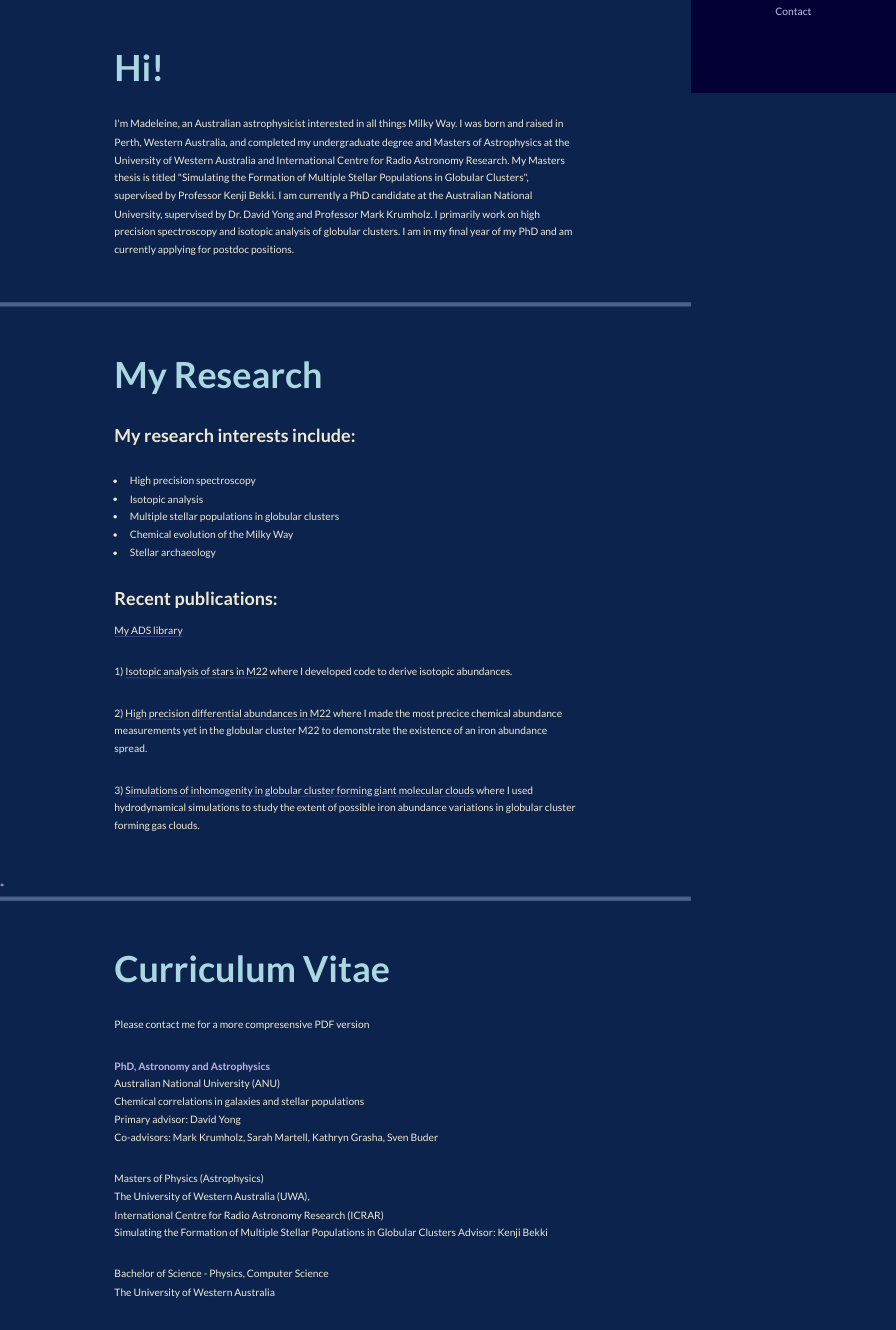
Repository: madeleine-mckenzie/madeleine-mckenzie.github.io
Page: index.html
The author's editor kept a copy of each file at every save. The page is drawn from the files as they stood at one save, then again after the next save.
The browser window is 1280 px wide. The pictures show the part of the page from y = 587 to 2487 px (the page is 3337 px tall), at 70% of full size.
Backgrounds fixed to the window are drawn as part of the page.

Above is the page before, as saved 2023-11-12 16:23:43.

### index.html
<!DOCTYPE HTML>
<!--
    Read Only by HTML5 UP
    html5up.net | @ajlkn
    Free for personal and commercial use under the CCA 3.0 license (html5up.net/license)
-->
<html>
    <head>
        <title>M. McKenzie</title>
        <meta charset="utf-8" />
        <meta name="viewport" content="width=device-width, initial-scale=1, user-scalable=no" />
        <link rel="stylesheet" href="assets/css/main.css" />
        <style>
            /* Custom style */
            body {
                background: url('images/2023_ANU_3MT_20230727_ANU2022 3.jpg') no-repeat center center fixed;
                background-size: cover;
            }
        </style>
    </head>
    <body class="is-preload">

        <!-- Header -->
        <section id="header">
            <header>
                <!-- Avatar image next to name -->
                <span class="image avatar"><img src="images/IG_DP.jpeg" alt="Madeleine L. McKenzie" /></span>
                <h1>Madeleine L. McKenzie</h1>
                <p>PhD candidate at the Australian National University </p>
                <p> <a href="mailto:madeleine.mckenzie@anu.edu.au">madeleine.mckenzie@anu.edu.au</a></p>
            </header>
            <nav id="nav">
                <ul>
                    <li><a href="#one" class="active">About</a></li>
                    <li><a href="#two">My Research</a></li>
                    <li><a href="#three">CV</a></li>
                    <li><a href="#four">Resources</a></li>
                    <li><a href="#five">Contact</a></li>
                </ul>
            </nav>
        </section>

        <!-- Wrapper -->
        <div id="wrapper">

            <!-- Main -->
            <div id="main">

                <!-- One -->
                <section id="one">
                    <div class="image main" data-position="center">
                        <!-- Top banner image -->
                        <img src="images/2023_ANU_3MT_20230727_ANU2022.jpg" alt="" />
                    </div>
                    <div class="container">
                        <header class="major">
                            <h2>Hi!</h2>
                        </header>
                        <p>I'm Madeleine, an Australian astrophysicist interested in all things Milky Way. I was born and raised in Perth, Western Australia,
                            and completed my undergraduate degree and Masters of Astrophysics at the University of Western Australia and International Centre
                            for Radio Astronomy Research. My Masters thesis is titled "Simulating the Formation of Multiple Stellar Populations in Globular Clusters", supervised
                            by Professor Kenji Bekki. I am currently a PhD candidate at the Australian National University, supervised by Dr. David Yong and
                            Professor Mark Krumholz. I primarily work on high precision spectroscopy and isotopic analysis of globular clusters.
                            I am in my final year of my PhD and am currently applying for postdoc positions.
                        </p>
                    </div>
                </section>

                <!-- Two -->
                <section id="two">
                    <div class="container">
                        <header class="major">
                            <h2>My Research</h2>
                        </header>
                        <h3>My research interests include:</h3>
                        <p><ul>
                                <li>High precision spectroscopy</li>
                                <li>Isotopic analysis</li>
                                <li>Multiple stellar populations in globular clusters</li>
                                <li>Chemical evolution of the Milky Way</li>
                                <li>Stellar archaeology</li>
                            </ul>
                        <h3>Recent publications:</h3>
                        <p><a href="https://ui.adsabs.harvard.edu/user/libraries/K8q3Fv2nS-eG0YgK9U_ysw">My ADS library</a></p>

                        <p>1) <a href="https://ui.adsabs.harvard.edu/abs/2023MNRAS.tmp.2870M/abstract">Isotopic analysis of stars in M22</a> where I developed code to
                        derive isotopic abundances.</p>
                        <p>2) <a href="https://ui.adsabs.harvard.edu/abs/2022MNRAS.516.3515M/abstract">High precision differential abundances in M22</a> where I
                        made the most precice chemical abundance measurements yet in the globular cluster M22 to demonstrate the existence of an iron abundance spread.</p>
                        <p>3) <a href="https://ui.adsabs.harvard.edu/abs/2022MNRAS.516.3515M/abstract">Simulations of inhomogenity in globular cluster forming giant
                            molecular clouds </a> where I used hydrodynamical simulations to study the extent of possible iron abundance variations in
                             globular cluster forming gas clouds.</p>
                        </p>

                    </div>*
                </section>

                <!-- three -->
                <section id="three">
                    <div class="container">
                        <header class="major">
                            <h2>Curriculum Vitae</h2>
                        </header>
                        <p>Please contact me for a more compresensive PDF version</p>
                        <p><b>PhD, Astronomy and Astrophysics </b> <br />
                            Australian National University (ANU)<br />
                            Chemical correlations in galaxies and stellar populations<br />
                            Primary advisor: David Yong<br />
                            Co-advisors: Mark Krumholz, Sarah Martell, Kathryn Grasha, Sven Buder
                        </p>
                        <p> Masters of Physics (Astrophysics)<br />
                            The University of Western Australia (UWA),<br />
                            International Centre for Radio Astronomy Research (ICRAR)<br />
                            Simulating the Formation of Multiple Stellar Populations in Globular Clusters Advisor: Kenji Bekki
                        </p>
                        <p> Bachelor of Science - Physics, Computer Science<br />
                            The University of Western Australia</p>
                        </p>

                    </div>
                </section>

                 <!-- four -->
                 <section id="four">
                    <div class="container">
                        <header class="major">
                            <h2>Resources & Outreach</h2>
                        </header>
                        <p>For a more compresensive PDF version, please contact me</p>
                        <!-- Icons grid here -->
                    </div>
                </section>

                <!-- Three -->
                <section id="five">
                    <div class="container">
                        <header class="major">
                            <h2>Get in touch</h2>
                        </header>
                        <p>University email: <a href="mailto:madeleine.mckenzie@anu.edu.au">madeleine.mckenzie@anu.edu.au</a></p>
                        <p>Gmail: <a href="mailto:madeleine.l.mckenzie@gmail.com">madeleine.l.mckenzie@gmail.com</a></p>
                        <p>Twitter: <a href="https://twitter.com/MadellanicCloud" target="_blank">@MadellanicCloud</a></p>
                    </div>
                </section>

            </div>

            <!-- Footer -->
            <section id="footer">
                <div class="container">
                    <ul class="icons">
                        <!-- Social media icons here -->
                        <li><a href="#" class="icon brands fa-twitter"><span class="label">Twitter</span></a></li>
                        <li><a href="#" class="icon brands fa-facebook-f"><span class="label">Facebook</span></a></li>
                        <li><a href="#" class="icon brands fa-instagram"><span class="label">Instagram</span></a></li>
                        <li><a href="#" class="icon brands fa-github"><span class="label">Github</span></a></li>
                        <li><a href="#" class="icon solid fa-envelope"><span class="label">Email</span></a></li>
                    </ul>
                    <ul class="copyright">
                        <li>&copy; M. McKenzie</li>
                        <li>Design: <a href="http://html5up.net">HTML5 UP</a></li>
                    </ul>
                </div>
            </section>

        </div>

        <!-- Scripts -->
        <script src="assets/js/jquery.min.js"></script>
        <script src="assets/js/jquery.scrollex.min.js"></script>
        <script src="assets/js/jquery.scrolly.min.js"></script>
        <script src="assets/js/browser.min.js"></script>
        <script src="assets/js/breakpoints.min.js"></script>
        <script src="assets/js/util.js"></script>
        <script src="assets/js/main.js"></script>

    </body>
</html>

Loaded but not shown: assets/css/fontawesome-all.min.css (library); assets/js/jquery.min.js (library); assets/js/jquery.scrollex.min.js (common file); assets/js/jquery.scrolly.min.js (common file); assets/js/browser.min.js (common file); assets/js/breakpoints.min.js (common file); assets/js/util.js (587 lines, source omitted); assets/js/main.js (159 lines, source omitted); assets/css/main.css (3340 lines, source omitted)

After the next save:
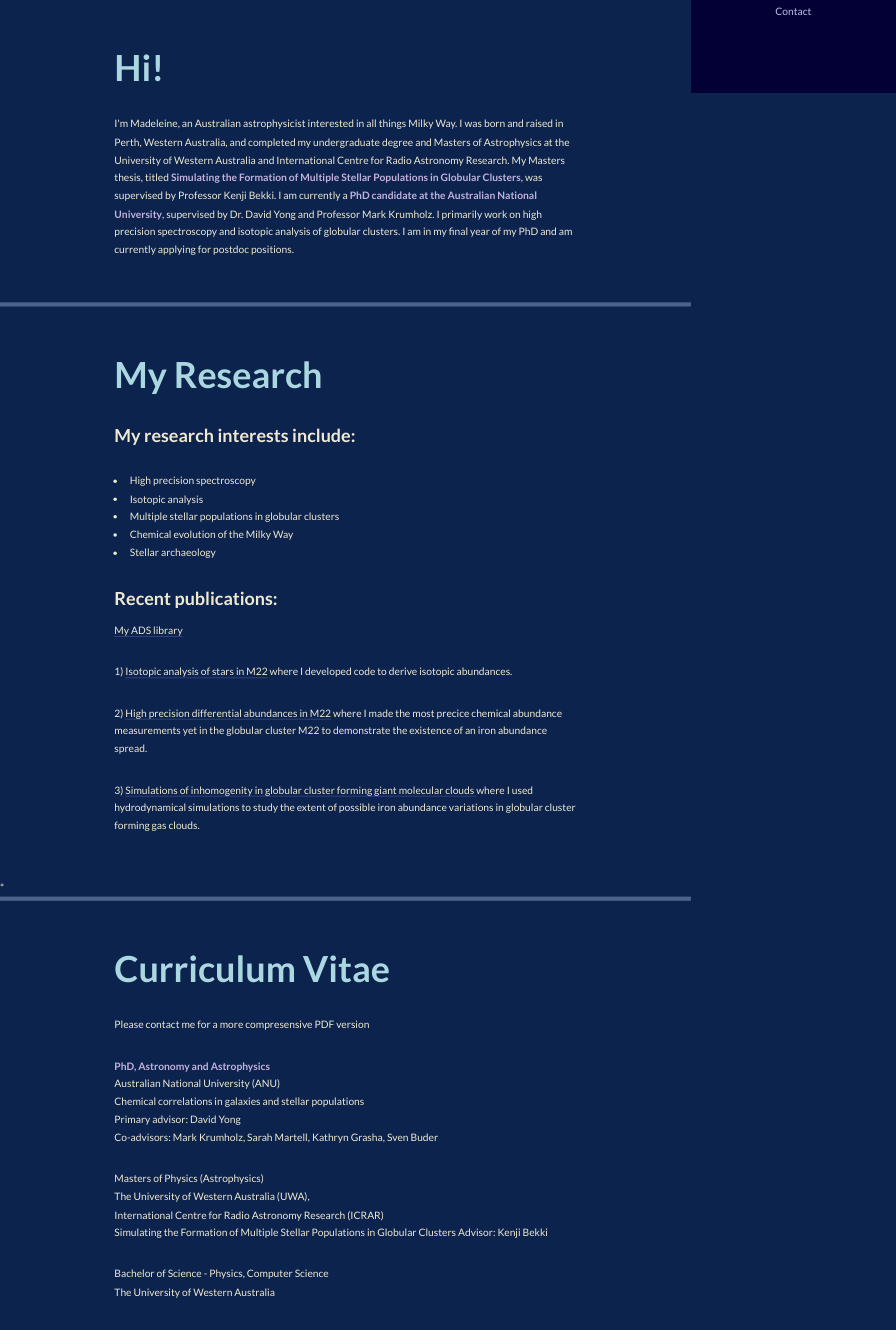
Saved 85 s later.
--- a/index.html
+++ b/index.html
@@ -58,8 +58,8 @@
                         </header>
                         <p>I'm Madeleine, an Australian astrophysicist interested in all things Milky Way. I was born and raised in Perth, Western Australia,
                             and completed my undergraduate degree and Masters of Astrophysics at the University of Western Australia and International Centre
-                            for Radio Astronomy Research. My Masters thesis is titled "Simulating the Formation of Multiple Stellar Populations in Globular Clusters", supervised
-                            by Professor Kenji Bekki. I am currently a PhD candidate at the Australian National University, supervised by Dr. David Yong and
+                            for Radio Astronomy Research. My Masters thesis, titled <b>Simulating the Formation of Multiple Stellar Populations in Globular Clusters</b>, was supervised
+                            by Professor Kenji Bekki. I am currently a <b>PhD candidate at the Australian National University</b>, supervised by Dr. David Yong and
                             Professor Mark Krumholz. I primarily work on high precision spectroscopy and isotopic analysis of globular clusters.
                             I am in my final year of my PhD and am currently applying for postdoc positions.
                         </p>
